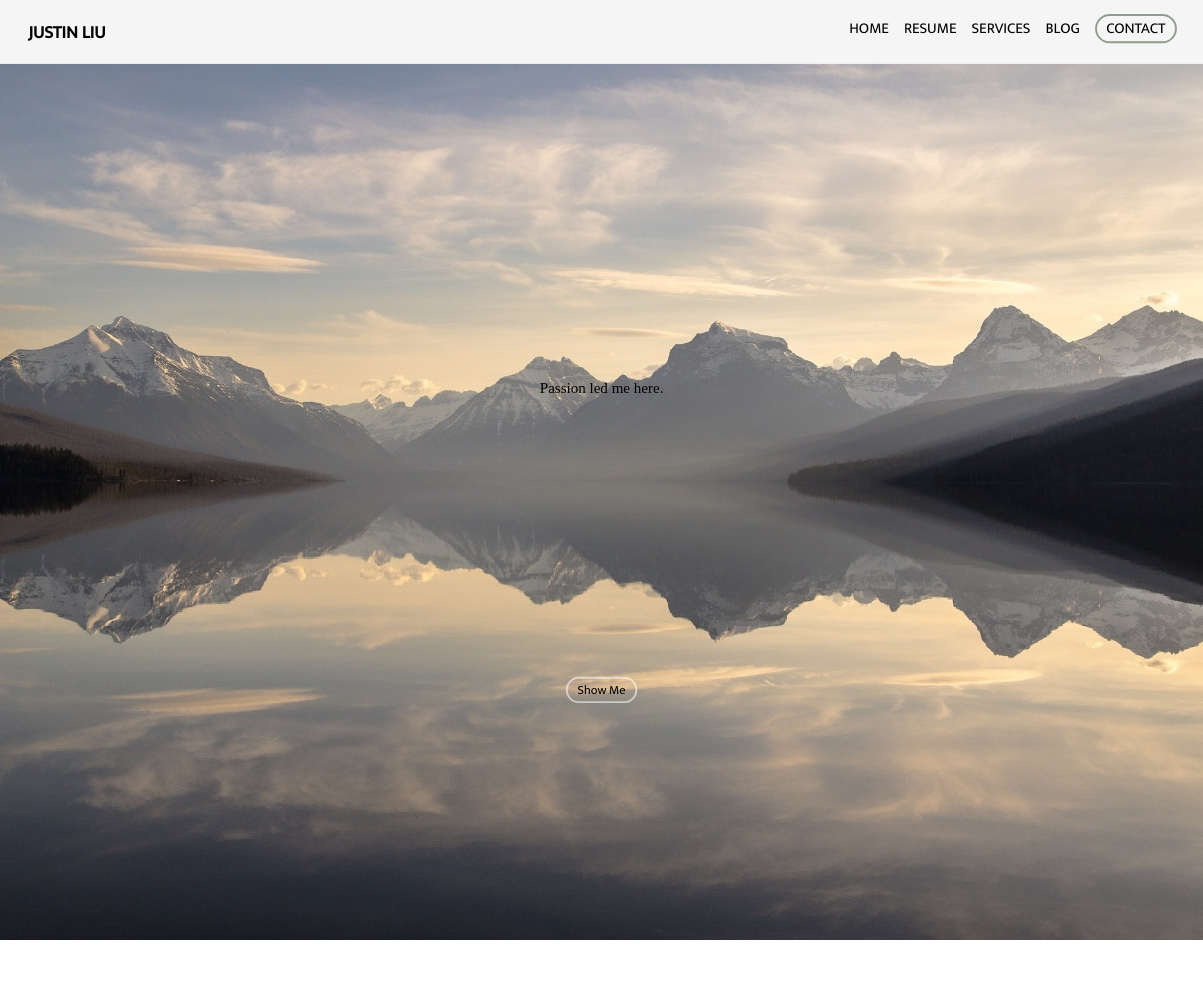
Repository: justinliu88/personal-projects
Page: index.html
These files come from the project's save history. The page is drawn as it stood at one moment and after the next save; the edit follows.
The browser window is 1280 px wide. The pictures show the whole page, at 94% of full size.
Some web libraries are served in a nearby version. The style sheet was rebuilt from its Sass, Less or Tailwind sources for each picture, by a compiler version that may differ from the author's.

Above is the page before, as saved 2020-03-17 11:35:53.

After the next save:
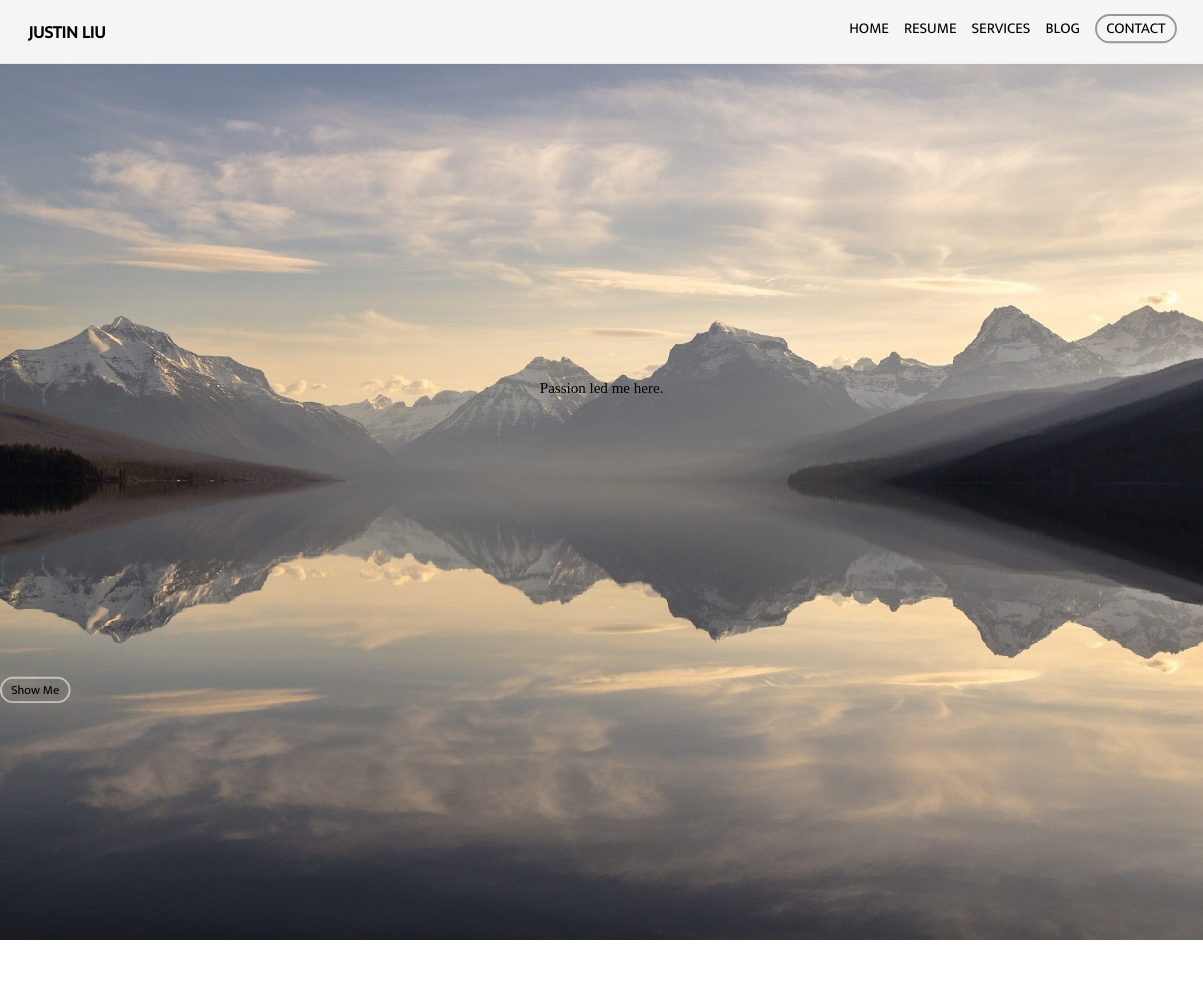
Saved 23 s later.
--- a/main.scss
+++ b/main.scss
@@ -58,7 +58,7 @@ body {
     display: flex;
     flex-direction: column;
     justify-content: center;
-    align-items: center;
+    align-items: top;
     height: 100%;
     width: 100%;
     &__content {
